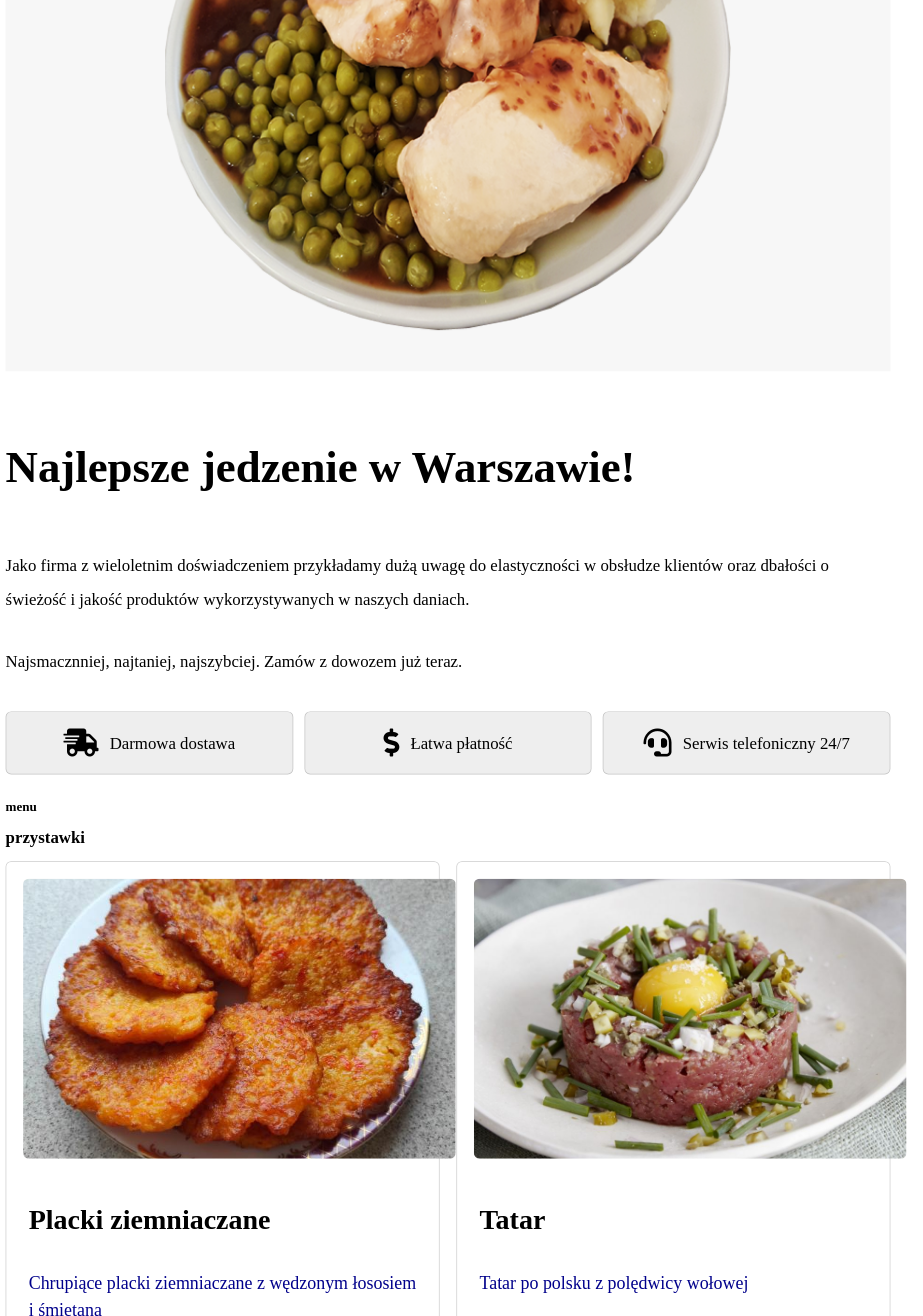
Repository: bartlomiejcichewicz/pasibrzuch
Page: index.html
An editor plug-in stored every save of this project. The page is shown before and after the next save, followed by the edit.
The browser window is 1280 px wide. The page is 1319 px wide, so the pictures cover 1319 px, including what lies to the right of the window. The pictures show the part of the page from y = 636 to 2516 px (the page is 9796 px tall), at 70% of full size.

Above is the page before, as saved 2022-02-22 13:29:46.
Not found: css/style.css

After the next save:
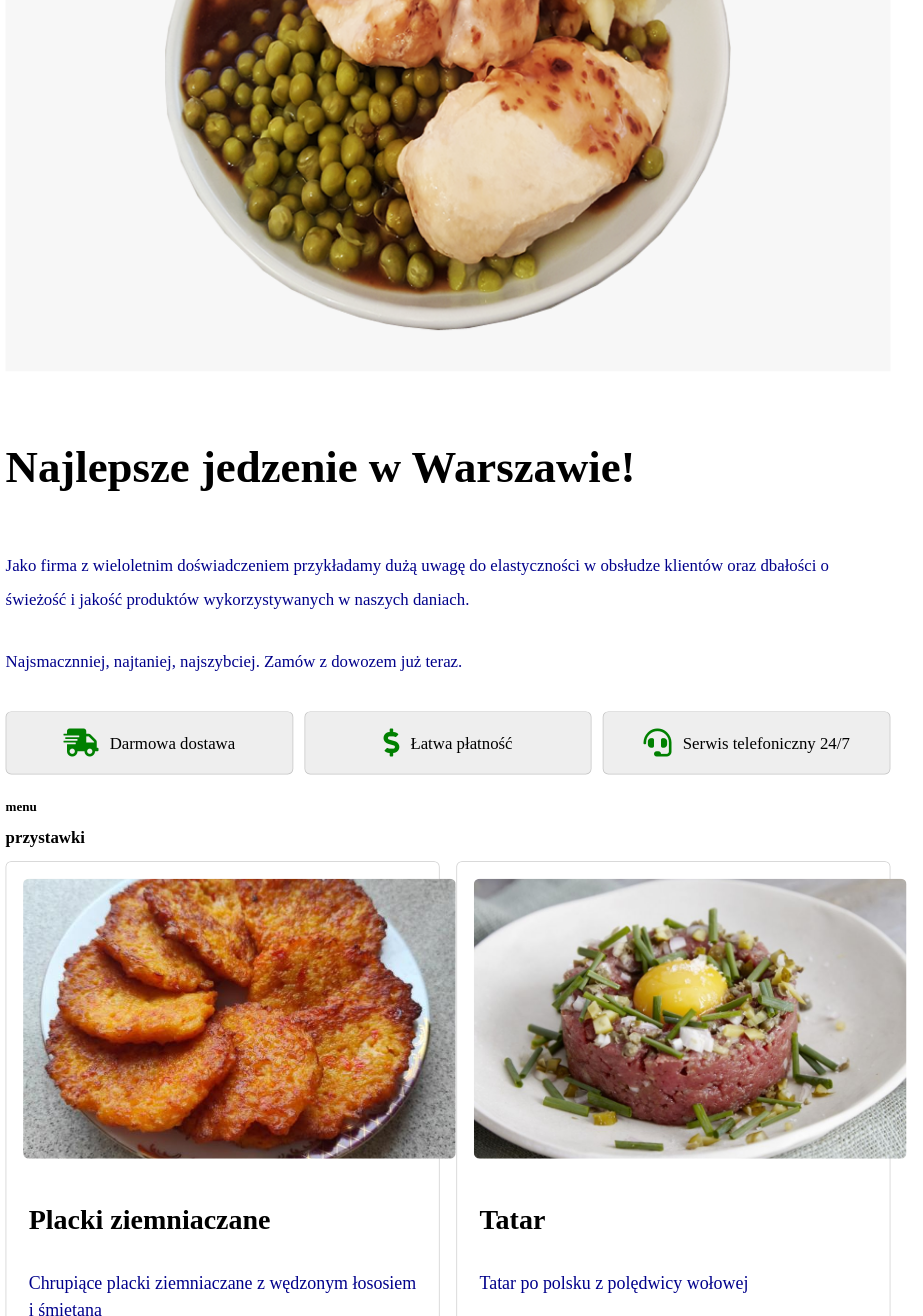
Saved 32 s later.
--- a/css/about.css
+++ b/css/about.css
@@ -19,13 +19,13 @@
 }
 
 .about .row .content h3{
-    color:var(--black);
+    color:black);
     font-size: 4rem;
     padding:.5rem 0;
 }
 
 .about .row .content p{
-    color:var(--light-color);
+    color:darkblue;
     font-size: 1.5rem;
     padding:.5rem 0;
     line-height: 2;
@@ -53,10 +53,10 @@
 
 .about .row .content .icons-container .icons i{
     font-size: 2.5rem;
-    color:var(--green);
+    color:green;
 }
 
 .about .row .content .icons-container .icons span{
     font-size: 1.5rem;
-    color:var(--black);
+    color: black;
 }
